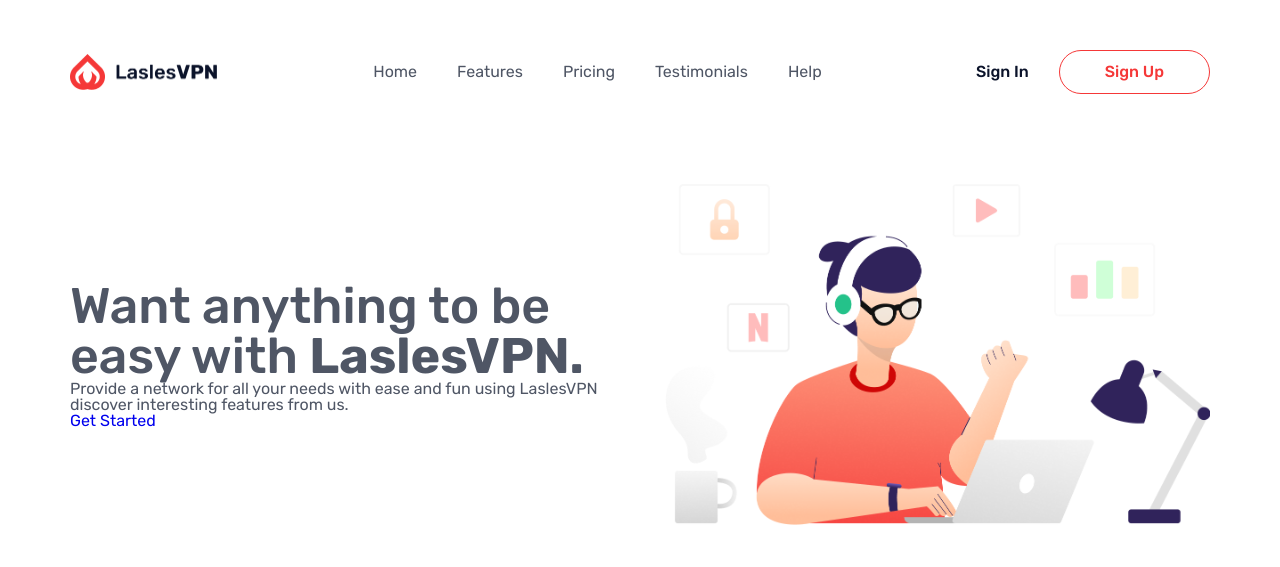
Repository: kebinh1235/lasles-demo
Page: index.html
The author's editor kept a copy of each file at every save. The page is drawn from the files as they stood at one save, then again after a run of saves.
The browser window is 1280 px wide. The pictures show the whole page.
The style sheet was rebuilt from its Sass, Less or Tailwind sources for each picture, by a compiler version that may differ from the author's.

Above is the page before, as saved 2021-10-30 13:23:48.

### index.html
<!DOCTYPE html>
<html lang="en">
<head>
  <meta charset="UTF-8">
  <meta http-equiv="X-UA-Compatible" content="IE=edge">
  <meta name="viewport" content="width=device-width, initial-scale=1.0">
  <title>Lales VPN</title>
  <!-- Google Font -->
  <link rel="preconnect" href="https://fonts.googleapis.com">
  <link rel="preconnect" href="https://fonts.gstatic.com" crossorigin>
  <link href="https://fonts.googleapis.com/css2?family=Nunito:wght@300;400&family=Rubik:wght@400;500;700&display=swap" rel="stylesheet">
  <!-- CSS -->
  <link rel="stylesheet" href="./css/app.css">
</head>
<body>
  <div class="wrapper">
    <header class="header">
      <div class="container">
        <div class="header__container">
          <img class="header__logo" srcset="./images/logo.png 2x" alt="Logo">
          <ul class="menu">
            <li class="menu-item">
              <a href="#" class="menu-link">Home</a>
            </li>
            <li class="menu-item">
              <a href="#" class="menu-link">Features</a>
            </li>
            <li class="menu-item">
              <a href="#" class="menu-link">Pricing</a>
            </li>
            <li class="menu-item">
              <a href="#" class="menu-link">Testimonials</a>
            </li>
            <li class="menu-item">
              <a href="#" class="menu-link">Help</a>
            </li>
          </ul>
          <div class="header__auth">
            <a href="#" class="header__auth-signin">Sign In</a>
            <a href="#" class="header__auth-signup">Sign Up</a>
          </div>
        </div>
      </div>
    </header>
    <main>
      <section class="hero">
        <div class="container">
          <div class="hero__container">
            <div class="hero__content">
              <h1 class="hero__title">
                Want anything to be easy with <strong>LaslesVPN.</strong>
              </h1>
              <p class="hero__desc">Provide a network for all your needs with ease and fun using LaslesVPN discover interesting features from us.</p>
              <a href="#" class="btn btn-primary">Get Started</a>
            </div>
            <div class="hero__img">
              <img srcset="./images/hero.png 2x" alt="">
            </div>
          </div>
        </div>
      </section>
    </main>
  </div>
</body>
</html>

### sass/app.scss
@import "variables";
@import "global";
@import "reset";
@import "header";
@import "hero";

### sass/_variables.scss
$font: "Rubik", sans-serif;
$text-color: #4f5665;
$heading-color: #0b132a;
$primary-color: #f53838;
$gray-color: #DDE0E4;

### sass/_global.scss
.wrapper {
  max-width: 1440px;
  margin: 0 auto;
}
.container {
  max-width: 1170px;
  padding: 0 15px;
  margin: 0 auto;
}
body {
  font-family: $font;
  color: $text-color;
  line-height: 1;
  font-weight: 400;
}

### sass/_reset.scss
html {
box-sizing: border-box;
}
* {
  margin: 0;
  padding: 0;
  text-decoration: none;
  list-style: none;
}
*,*:before,*:after {
box-sizing: border-box;
}
input,
textarea,
select,
button{
outline: none;
}
input{
line-height: normal;
}
label,
button{
cursor: pointer;
}
a {
text-decoration: none;
}
img {
display: block;
max-width: 100%;
}

### sass/_header.scss
.header {
  padding-top: 50px;
  padding-bottom: 90px;
  &__container {
    display:flex;
    justify-content: space-between;
    align-items: center;
  }
  &__auth {
    display:flex;
    align-items: center;
    gap: 0 30px;
    text-transform: capitalize;
    font-weight: 500;
    &-signin {
      color: $heading-color;
    }
    &-signup {
      color: $primary-color;
      border: 1px solid $primary-color;
      padding: 13px 45px;
      border-radius: 100rem;
    }

  }
}
.menu {
  display: flex;
  align-self: center;
  gap: 0 40px;
  &-link {
    color: inherit;
  }
}

### sass/_hero.scss
.hero {
  &__container {
    display:flex;
    justify-content: space-between;
    align-items: center;
    gap: 0 40px;
    // flex-wrap: wrap;
  }
  &__content {
    width: 100%;
    max-width: 555px;
  }
  &__title {
    font-size: 50px;
    font-weight: 500;
  }
  &__img {

  }
}

After the next 2 saves:
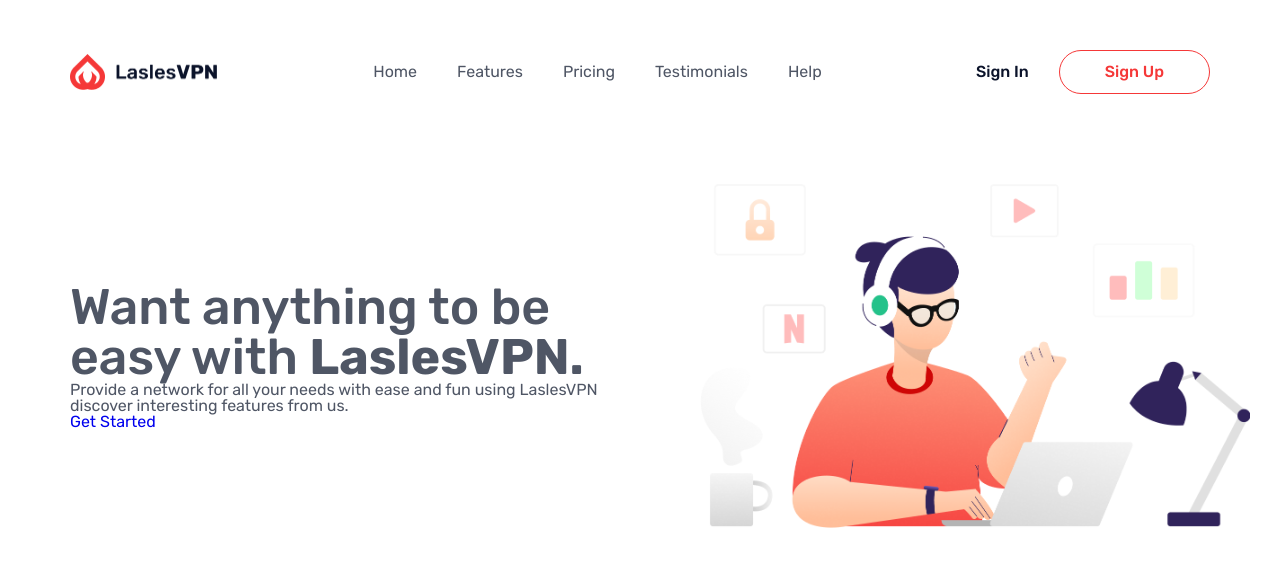
The 2 saves are shown as one change because they came seconds apart.
The last was saved 20 s later.
--- a/sass/_hero.scss
+++ b/sass/_hero.scss
@@ -15,6 +15,7 @@
     font-weight: 500;
   }
   &__img {
-
+    width: 100%;
+    transform: translateX(40px);
   }
 }
